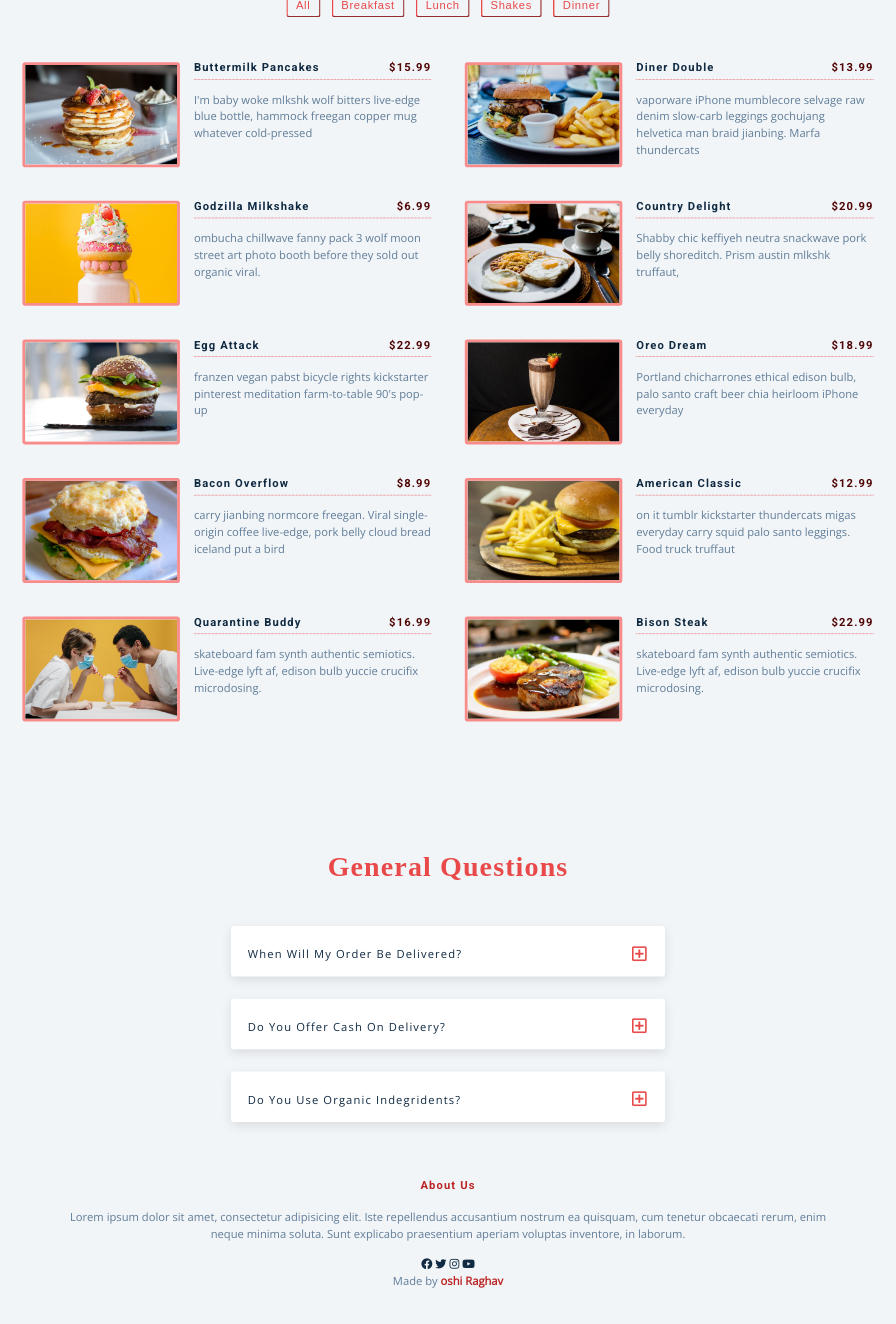
Repository: xoshiraghavx/Food-you
Page: index.html
The author's editor kept a copy of each file at every save. The page is drawn from the files as they stood at one save, then again after a run of saves.
The browser window is 1280 px wide. The pictures show the part of the page from y = 1037 to 2957 px (the page is 2929 px tall before and 2957 px after), at 70% of full size.
Some web libraries are served in a nearby version.

Above is the page before, as saved 2022-12-03 08:43:26.

After the next 2 saves:
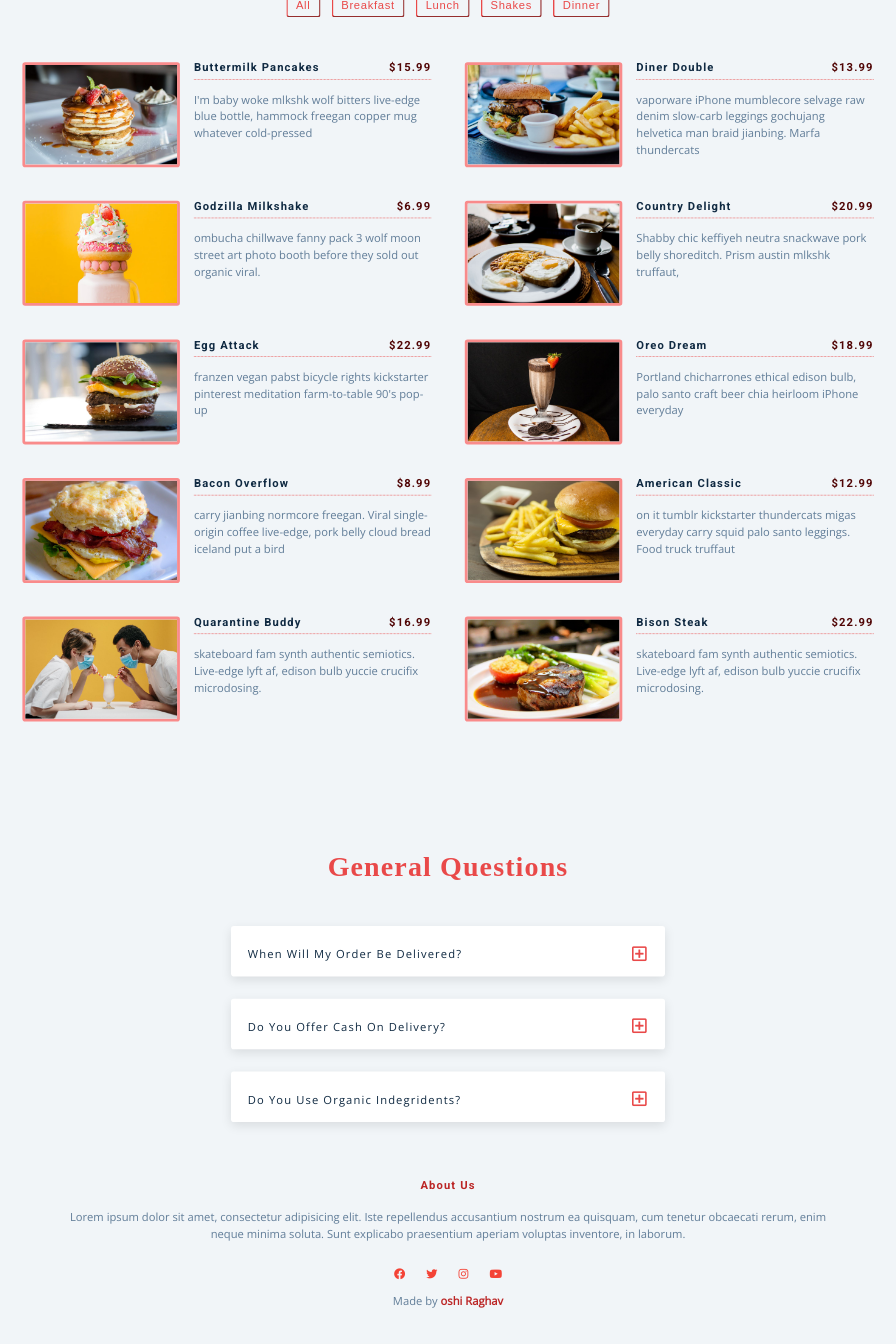
The 2 saves are shown as one change because they came seconds apart.
The last was saved 7 s later.
--- a/styles.css
+++ b/styles.css
@@ -525,12 +525,12 @@
   margin-top: 20px;
   font-weight: 600;
 }
-.icons .fa{
+.icons .fab{
   color: #f44336;
   margin: 0 13px;
   cursor: pointer;
   padding: 18px 0;
 }
-.fa-heart-o{
+.fab-heart-o{
   color: #f44336;
 }

After the 2 saves that followed:
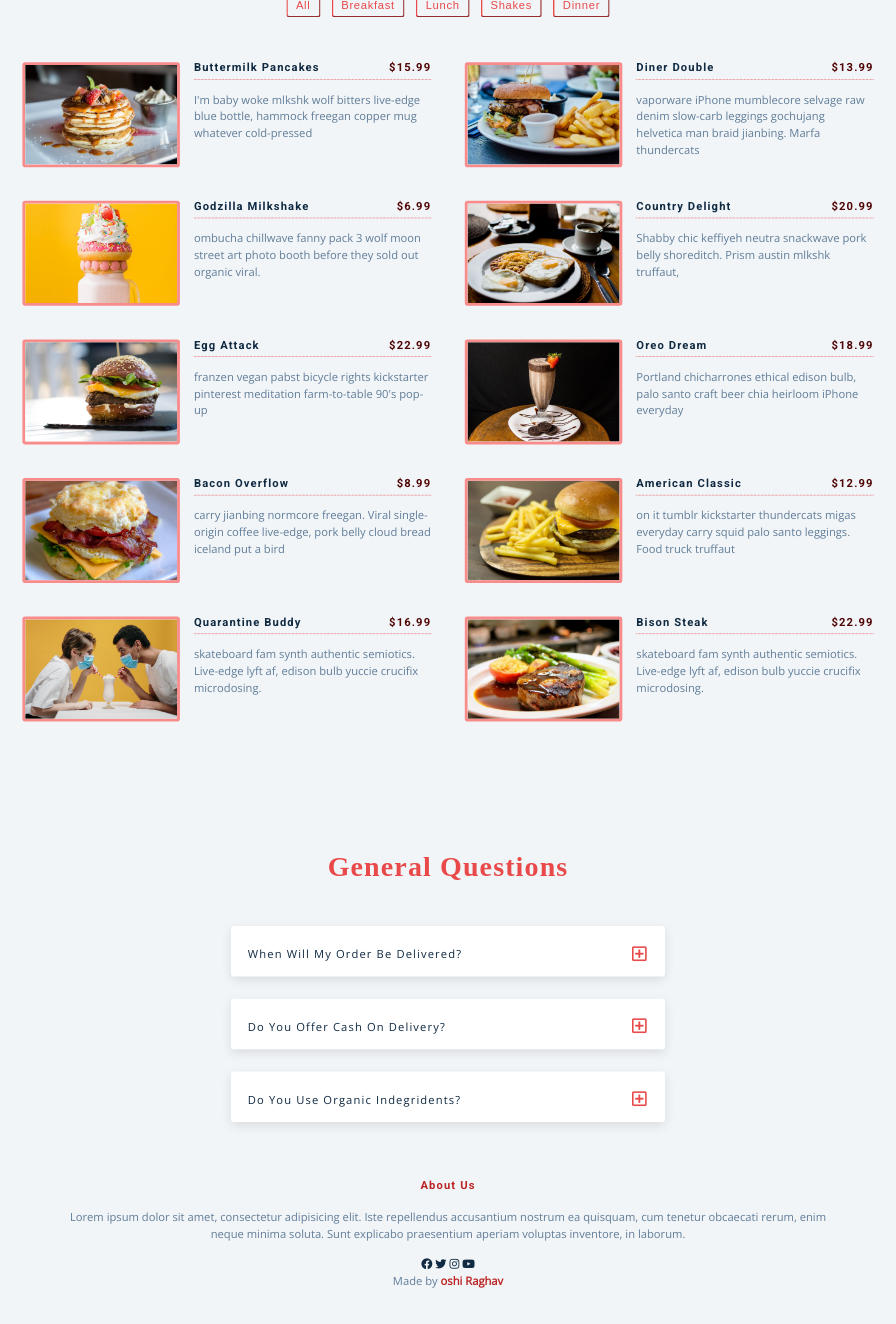
The 2 saves are shown as one change because 1 left the picture as it was.
The last was saved 36 s later.
--- a/styles.css
+++ b/styles.css
@@ -525,12 +525,9 @@
   margin-top: 20px;
   font-weight: 600;
 }
-.icons .fab{
+/* .icons .fab{
   color: #f44336;
   margin: 0 13px;
   cursor: pointer;
   padding: 18px 0;
-}
-.fab-heart-o{
-  color: #f44336;
-}
+} */
